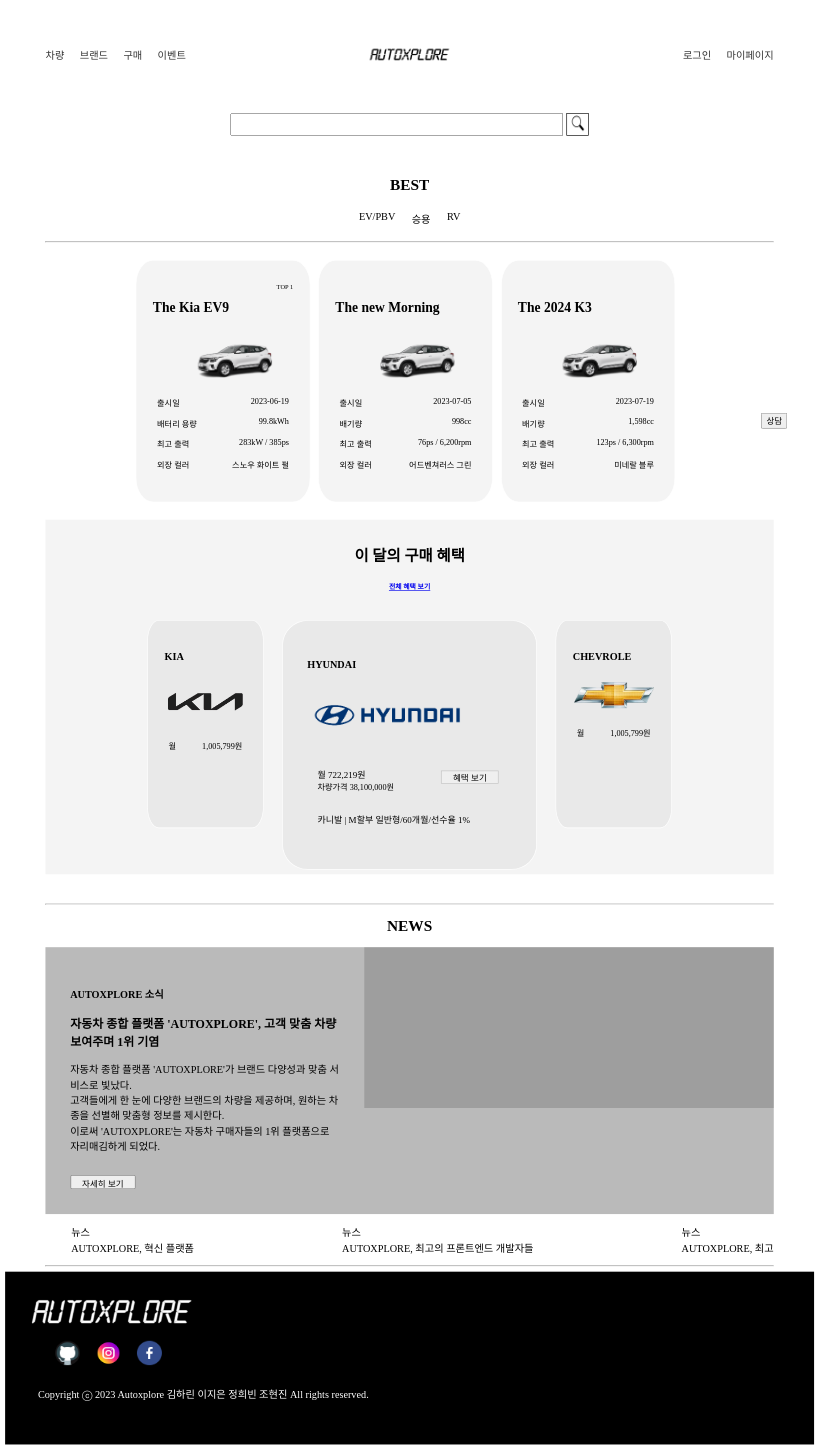
Repository: Autoxplore/Autoxplore
Page: mainPage.html
These files come from the project's save history. The page is drawn as it stood at one moment and after the next save; the edit follows.
The browser window is 1280 px wide. The pictures show the whole page, at 64% of full size.
Pictures or frames that could not be fetched are drawn as grey boxes.

Above is the page before, as saved 2023-08-03 19:21:54.

After the next save:
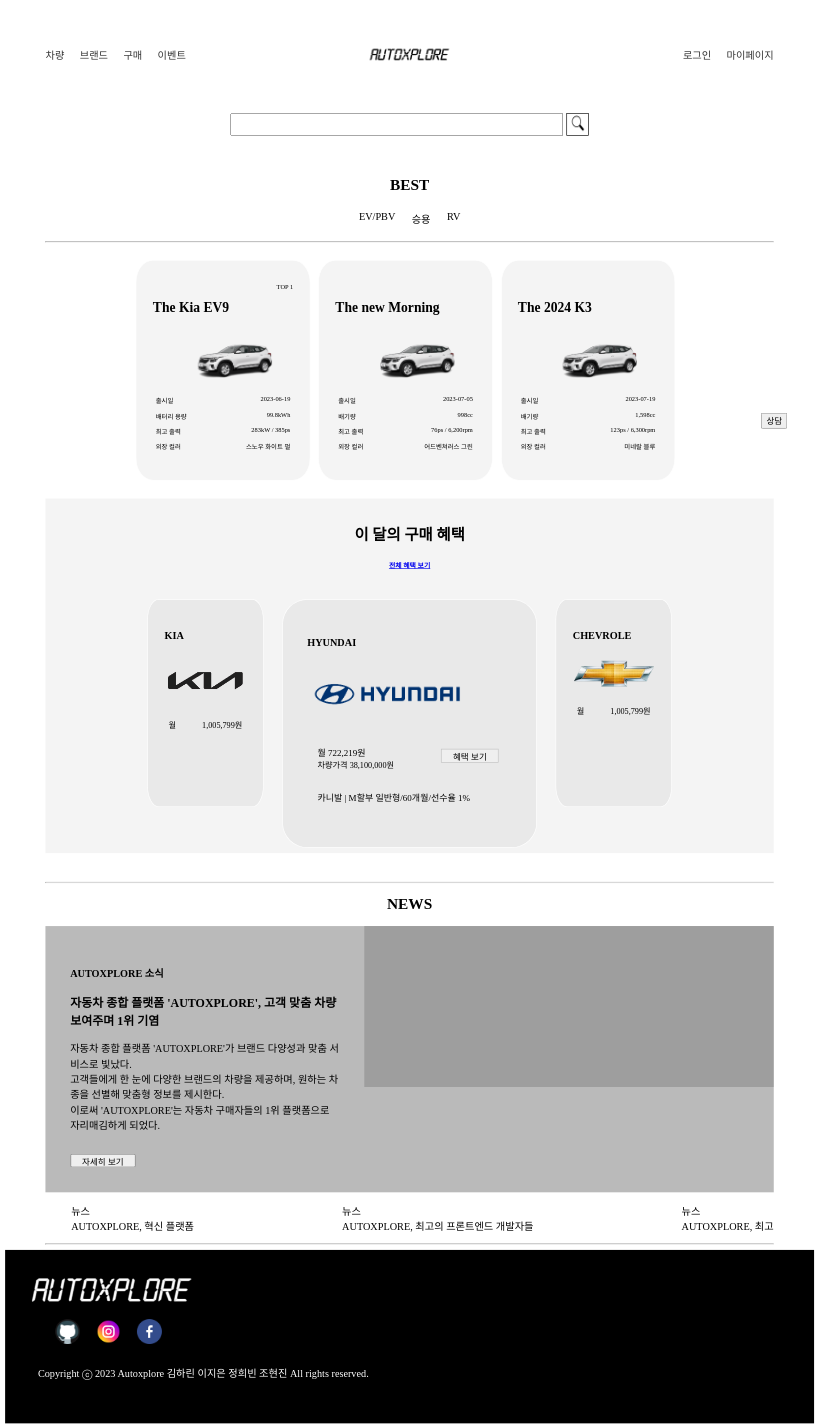
Saved 35 s later.
--- a/harin_css/mainPage.css
+++ b/harin_css/mainPage.css
@@ -625,12 +625,9 @@
         display: flex;
         flex-direction: row;
         justify-content: space-between;
-    }
-
-    .carContent ul li a{
         padding: 2%;
         margin : 0;
-        font-size: 0.1vw;
+        font-size: 10px;
     }
 
     /* 이 달의 구매 혜택 섹션 */
